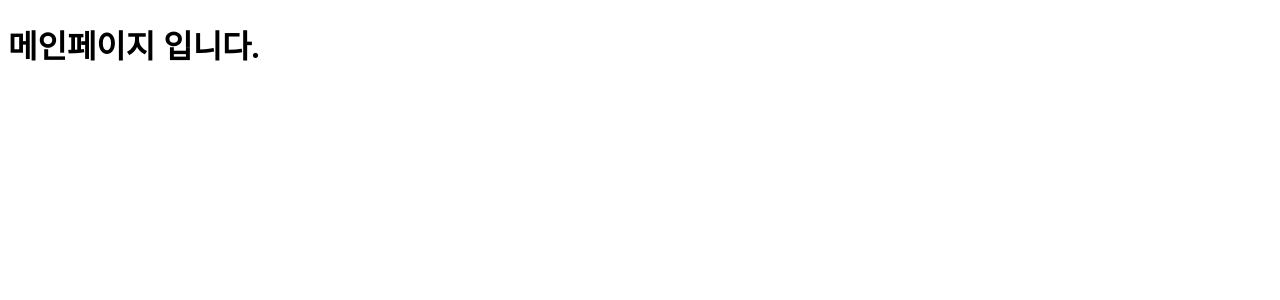
Repository: ParkHyeonju12/servlet
Page: web-workspace/02_noDbProject/src/main/webapp/index.html
These files come from the project's save history. The page is drawn as it stood at one moment and after the next save; the edit follows.
The browser window is 1280 px wide. The pictures show the whole page.

Above is the page before, as saved 2022-08-29 05:55:34.

### web-workspace/02_noDbProject/src/main/webapp/index.html
<!DOCTYPE html>
<html>
<head>
<meta charset="UTF-8">
<title>Insert title here</title>
</head>
<body>
	<h1>메인페이지 입니다.</h1>
</body>
</html>

After the next save:
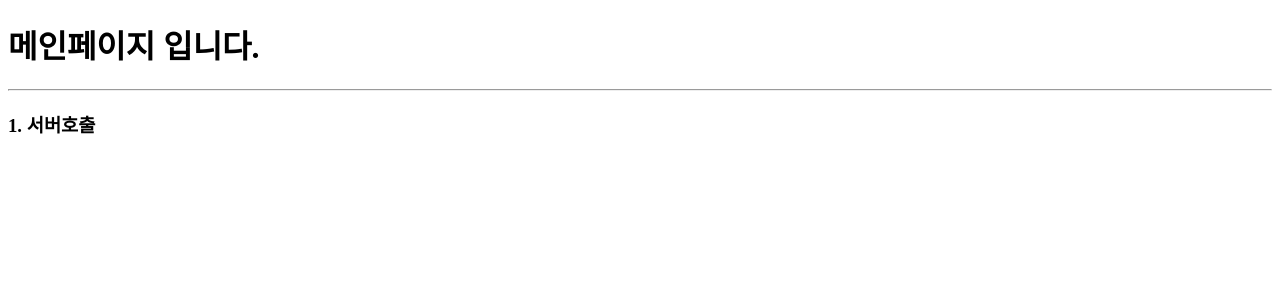
Saved 3 min 45 s later.
--- a/web-workspace/02_noDbProject/src/main/webapp/index.html
+++ b/web-workspace/02_noDbProject/src/main/webapp/index.html
@@ -6,5 +6,7 @@
 </head>
 <body>
 	<h1>메인페이지 입니다.</h1>
+	<hr>
+	<h3>1. 서버호출</h3>
 </body>
 </html>
